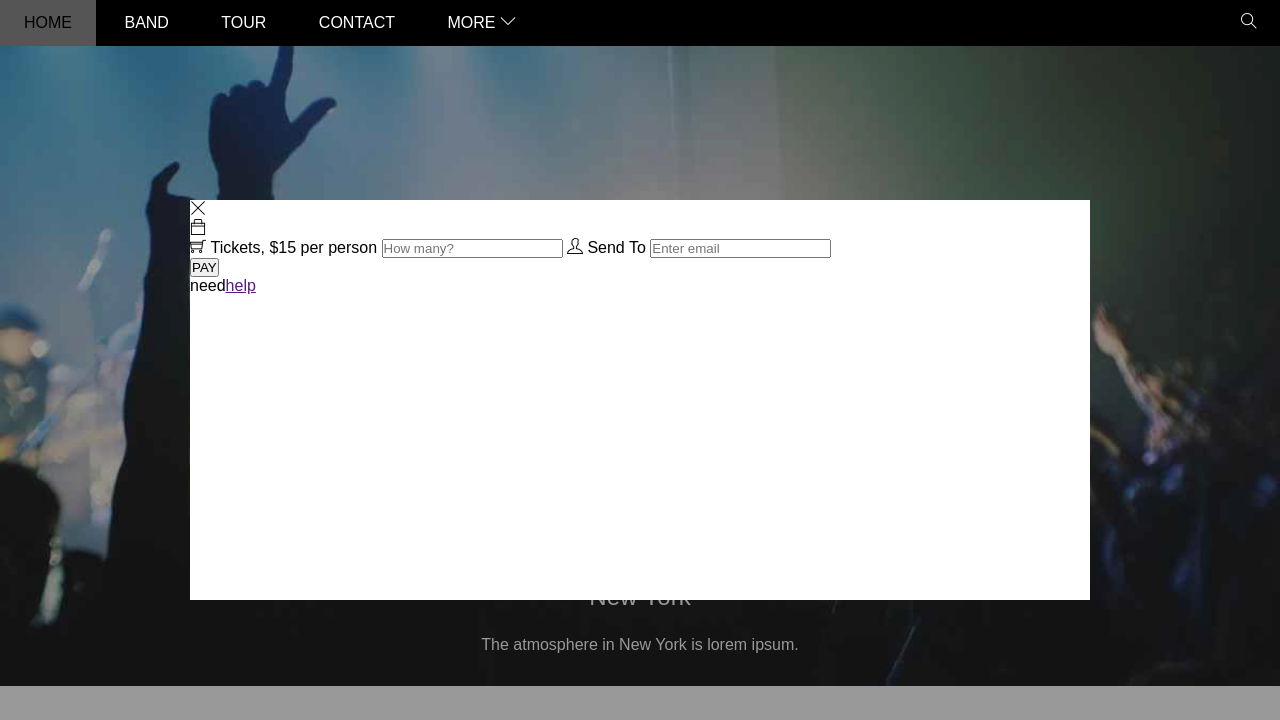
Repository: tung1233hhhhhhhhhhhhh/Website
Page: w3_band/index.html
The author's editor kept a copy of each file at every save. The page is drawn from the files as they stood at one save, then again after the next save.
The browser window is 1280 px wide. The pictures show the window.
A layer covers the whole window, so only the first screen is drawn.

Above is the page before, as saved 2023-02-18 21:14:13.

### w3_band/index.html
<!DOCTYPE html>
<html lang="en">

<head>
    <meta charset="UTF-8">
    <meta http-equiv="X-UA-Compatible" content="IE=edge">
    <meta name="viewport" content="width=device-width, initial-scale=1.0">
    <title>Document</title>
    <link rel="stylesheet" href="./assets/css/style.css">
    <link rel="stylesheet" href="/w3_band/assets/fonts/themify-icons/themify-icons.css">
    <link rel="stylesheet" href="./modal.js">
</head>

<body>
    <div id="main">
        <div id="header">
            <div id="nav">
                <ul>
                    <li><a href="">Home</a></li>
                    <li><a href="">Band</a></li>
                    <li><a href="">Tour</a></li>
                    <li><a href="">Contact</a></li>
                    <li class="icon">
                        <a href="">
                            More
                            <i class="ti-angle-down"></i>
                        </a>
                        <div class="subnav">
                            <ul>
                                <li><a href="">Merchandise</a></li>
                                <li><a href="">Extras</a></li>
                                <li><a href="">Media</a></li>
                            </ul>
                        </div>
                    </li>
                </ul>
                <div class="icon-search">
                    <i class="ti-search"></i>
                </div>
            </div>
        </div>

        <div id="slider">
            <div class="silder-content">
                <h2 class="silder-heading">New York</h2>
                <p class="silder-discreption">The atmosphere in New York is lorem ipsum.</p>
            </div>
        </div>

        <div id="content">
            <!-- about content -->
            <div class="content-selection">
                <h2 class="text-heading">THE BAND</h2>
                <p class="text-sub-heading">We love music</p>
                <p class="text-content">
                    We have created a fictional band website. Lorem ipsum dolor sit amet, consectetur adipiscing elit,
                    sed do eiusmod tempor incididunt ut labore et dolore magna aliqua. Ut enim ad minim veniam, quis
                    nostrud exercitation ullamco laboris nisi ut aliquip ex ea commodo consequat. Duis aute irure dolor
                    in reprehenderit in voluptate velit esse cillum dolore eu fugiat nulla pariatur. Excepteur sint
                    occaecat cupidatat non proident, sunt in culpa qui officia deserunt mollit anim id est laborum
                    consectetur adipiscing elit, sed do eiusmod tempor incididunt ut labore et dolore magna aliqua. Ut
                    enim ad minim veniam, quis nostrud exercitation ullamco laboris nisi ut aliquip ex ea commodo
                    consequat.
                </p>
                <!-- img -->
                <div class="team-selection">
                    <div class="sub-selection">
                        <p class="text-selection">Team</p>
                        <img src="/w3_band/assets/img/name.jpg" alt="" class="img-selection">
                    </div>

                    <div class="sub-selection">
                        <p class="text-selection">Team</p>
                        <img src="/w3_band/assets/img/name.jpg" alt="" class="img-selection">
                    </div>

                    <div class="sub-selection">
                        <p class="text-selection">Team</p>
                        <img src="/w3_band/assets/img/name.jpg" alt="" class="img-selection">
                    </div>
                </div>
            </div>

            <!-- tour content -->

            <div class="content-tour">
                <div class="tour-body">
                    <div class="content-selection">
                        <h2 class="text-heading">TOUR DATES</h2>
                        <p class="text-sub-heading">Remember to book your tickets!</p>
                    </div>

                    <ul class="tour-text">
                        <li>
                            September
                            <span>Sold out</span>
                        </li>
                        <li>
                            October
                            <span>Sold out</span>
                        </li>
                        <li>
                            November
                            <span class="number">3</span>
                        </li>
                    </ul>

                    <div class="tour-list">
                        <div class="tourimg-selection">
                            <img src="/w3_band/assets/img/anh1.jpg" alt="">
                            <div class="container">
                                <p>
                                    <b>New York</b>
                                </p>
                                <p style="opacity: 0.6;">Fri 27 Nov 2016</p>
                                <p>Praesent tincidunt sed tellus ut rutrum sed vitae justo.</p>
                                <button> Buy Tickets</button>
                            </div>


                        </div>
                        <div class="tourimg-selection">
                            <img src="/w3_band/assets/img/anh2.jpg" alt="">
                            <div class="container">
                                <p>
                                    <b>Paris</b>
                                </p>
                                <p style="opacity: 0.6;">Sat 28 Nov 2016</p>
                                <p>Praesent tincidunt sed tellus ut rutrum sed vitae justo.</p>
                                <button> Buy Tickets</button>
                            </div>
                        </div>
                        <div class="tourimg-selection">
                            <img src="/w3_band/assets/img/anh3.jpg" alt="">
                            <div class="container">
                                <p>
                                    <b>San Francisco</b>
                                </p>
                                <p style="opacity: 0.6;">Sun 29 Nov 2016</p>
                                <p>Praesent tincidunt sed tellus ut rutrum sed vitae justo.</p>
                                <button> Buy Tickets</button>
                            </div>
                        </div>
                    </div>
                </div>
            </div>

            <!-- contact content -->

            <div class="contact-content">
                <div class="content-selection">
                    <h2 class="text-heading">CONTACT</h2>
                    <p class="text-sub-heading">Fan? Drop a note!</p>
                    <div class="contact">
                        <div class="contact-left">
                            <i class="ti-location-pin"></i>
                            Chicago, US
                            <br>
                            <i class="ti-mobile"></i>
                            Phone: +00 151515
                            <br>
                            <i class="ti-email"></i>
                            Email: mail@mail.com
                        </div>
                        <div class="contact-right">
                            <form action="">
                                <div class="account">
                                    <input type="text" placeholder="Name">
                                    <input type="text" placeholder="Email">
                                </div>
                                <input class="mes" type="text" placeholder="Message">
                                <button>SEND</button>
                            </form>
                        </div>
                    </div>
                </div>

            </div>

            <!-- image of location/map -->

            <div class="banner-image">
                <img src="/w3_band/assets/img/map.jpg" alt="">

            </div>


        </div>

        <div id="footer">
            <i class="ti-facebook"></i>
            <i class="ti-instagram"></i>
            <i class="ti-vimeo-alt"></i>
            <i class="ti-pinterest"></i>
            <i class="ti-twitter-alt"></i>
            <i class="ti-linkedin"></i>
            <p>Powered by <a href="">w3.css</a></p>
        </div>
    </div>
    <div class="modal">
        <div class="modal-container">
            <div class="modal-close">
                <i class="ti-close"></i>
            </div>
            <header>
                <i class="ti-bag"></i>
            </header>
            <div class="modal-body">
                <label for="" class="modal-lable">
                    <i class="ti-shopping-cart"></i>
                    Tickets, $15 per person
                </label>
                <input type="text" class="input-lable" placeholder="How many?">
                <label for="" class="modal-lable">
                    <i class="ti-user"></i>
                    Send To
                </label>
                <input type="text" class="input-lable" placeholder="Enter email">
            </div>
            <button class="modal-button">PAY</button>
            <p>need<a href="">help</a></p>

        </div>
    </div>


</body>

</html>

### w3_band/assets/css/style.css
* {
    padding: 0;
    margin: 0;
    box-sizing: border-box;
}

html {
    font-family: Arial, Helvetica, sans-serif;
}

#main {}

#header {
    height: 46px;
    background-color: #000;
    position: fixed;
    top: 0;
    right: 0;
    left: 0;
    z-index: 1;
}

#nav li {
    display: inline-block;
    position: relative;
}

#nav li:hover .subnav {
    display: block;
}

#nav>ul>li:hover>a>i,
#nav .subnav li:hover,
#nav>ul>li:hover>a {
    color: #000;
    background-color: #555;
}

#nav .subnav {
    display: none;
    position: absolute;
    background-color: #FFF;
    box-shadow: 0 0 20px rgba(0, 0, 0, 0.4);
}

#nav .subnav a {
    color: #000;
    padding: 0 12px;
    line-height: 38px;
}

#nav .subnav ul li {
    display: block;
    min-width: 150px;
}

#nav>ul>li>a {
    color: #fff;
    text-transform: uppercase;
}

#nav ul {
    display: inline-block;
}

#nav li a {
    text-decoration: none;
    line-height: 46px;
    padding: 0 24px;
    display: block;
}

#nav i {
    color: #fff;
    width: 20px;
}

#header .icon-search {
    display: block;
    float: right;
    line-height: 46px;
    padding: 0 23px;
}

#header .icon-search:hover {
    cursor: pointer;
    background-color: #f44336;
}

#slider {
    margin-top: 46px;
    padding-top: 50%;
    background: url(/w3_band/assets/img/ny.jpg) top center / cover no-repeat;
    position: relative;
}

.silder-content {
    position: absolute;
    bottom: 0;
    color: #fff;
    padding-bottom: 32px;
    text-align: center;
    width: 100%;
}

.silder-heading {
    font-weight: 500;
}

.silder-discreption {
    margin-top: 25px;
}

#content {}

#content .content-selection {
    padding: 64px 0px;
    margin-left: auto;
    margin-right: auto;
    width: 800px;
}

#content .content-selection .text-heading {
    text-align: center;
    font-size: 30px;
    font-weight: 500;
    letter-spacing: 4px;
}

#content .content-selection .text-sub-heading {
    text-align: center;
    font-size: 15px;
    margin-top: 25px;
    opacity: 0.6;
    font-style: italic;
}

#content .content-selection .text-content {
    font-size: 15px;
    margin-top: 25px;
    text-align: justify;
    line-height: 1.4;
}

#content .content-selection .team-selection {
    padding-top: 47px;
    padding-bottom: 32px;
    justify-items: space-between;
}

#content .team-selection .sub-selection {
    display: inline-block;
    text-align: center;
}

#content .sub-selection p {
    margin: 15px 0;
}



#content .team-selection .img-selection {
    width: 60%;
    border-radius: 4px;
    margin-bottom: 16px;
}

/* tour content  */


#content .content-tour {
    height: 850px;
    background-color: #000;
    color: #fff;
}

#content .content-tour .tour-body {
    width: 800px;
    margin-left: auto;
    margin-right: auto;
}

#content .content-tour .tour-text {
    background-color: #FFF;
    display: block;
    color: #000;
}

#content .tour-text>li {
    height: 22, 5px;
    padding: 8px 16px;
    list-style: none;
}

#content .tour-text>li:first-child {
    border-bottom: 1px solid #999;
}

#content .tour-text>li:last-child {
    border-top: 1px solid #999;
}

#content .tour-text span {
    /* border-radius: 4px; */
    display: inline-block;
    background-color: red;
    padding: 4px;
    margin-left: 4px;
    color: #fff;
}

#content .tour-text .number {
    /* margin-left: 50px; */
    background-color: black;
    float: right;
    border-radius: 50%;
    margin-top: -3px;
}

#content .tour-list {
    padding: 32px 0;
    right: 0;
    left: 0;
    margin: 0 -8px;
    position: relative;
}

#content .tourimg-selection {
    width: 33.33333%;
    float: left;
    padding: 0 8px;
    justify-content: space-between;
}

#content .tourimg-selection .container {
    /* text-align: center; */
    background-color: #fff;
    color: #000;
    height: 204px;
    padding-left: 16px;
    font-size: 15px;
    line-height: 1.5;
    margin-top: -4px;
    margin-bottom: 15px;
}



#content .tourimg-selection .container>p {
    padding-top: 15px;
}

#content .tourimg-selection .container button {
    color: #fff;
    background-color: #000;
    margin-top: 15px;
    text-align: center;
    cursor: pointer;
    white-space: nowrap;
    border: none;
    display: inline-block;
    padding: 8px 16px;
    vertical-align: middle;
    overflow: hidden;
    text-decoration: none;
}

#content .container button:hover {
    background-color: #ccc;
    color: #000;
}

#content .tourimg-selection img {
    width: 100%;
    background-image: cover;
}

/* contact content */


#content .contact-content {
    padding: 45px 0;
}

#content .contact {
    padding-top: 47px;
    padding-bottom: 32px;
}

#content .contact .contact-left {
    width: 49%;
    display: inline-block;
    font-size: 18px;
}

#content .contact .contact-left i {
    display: inline-block;
    font-size: inherit;
    width: 30px;
    line-height: 1.5;
}

#content .contact .contact-right {
    width: 49%;
    /* display: inline-block; */
    float: right;
}


.contact .contact-right form {
    width: 400px;
    position: relative;
    display: inline-block
}

.contact .contact-right form .account {
    margin-bottom: 10px;
}

.contact .contact-right .account input {
    padding: 8px;
    margin-right: 16px;
}

.contact .contact-right form .mes {
    width: 95.7%;
    padding: 8px;
}

.contact .contact-right form button {
    /* position: absolute; */
    margin: 16px 0;
    padding: 8px 16px;
    margin-left: 309px;
    background-color: black;
    color: #fff;
}

.contact .contact-right form button:hover {
    cursor: pointer;
    background-color: #ccc;
    color: black;
    border: none;
}

/* image of location/map */

.banner-image img {
    width: 100%;
    filter: grayscale(50%);
}

#content {}


#footer {
    padding: 64px 16px;
    text-align: center;
    justify-content: center;
    opacity: 0.6;
}

#footer p {
    margin: 30px 0;
    display: block;
    font-size: 15px;
}

#footer i {
    font-size: 25px;

    display: inline-block;
    text-rendering: auto;
}


.modal {
    position: fixed;
    top: 0;
    left: 0;
    right: 0;
    bottom: 0;

    background-color: rgba(0, 0, 0, 0.4);
}

.modal .modal-container {
    width: 900px;
    height: 400px;
    background-color: #FFF;
    margin: 0 auto;
    transform: translateY(50%);
}

Loaded but not shown: w3_band/assets/fonts/themify-icons/themify-icons.css (common file); w3_band/modal.js (no stored copy; drawn as an empty file)

After the next save:
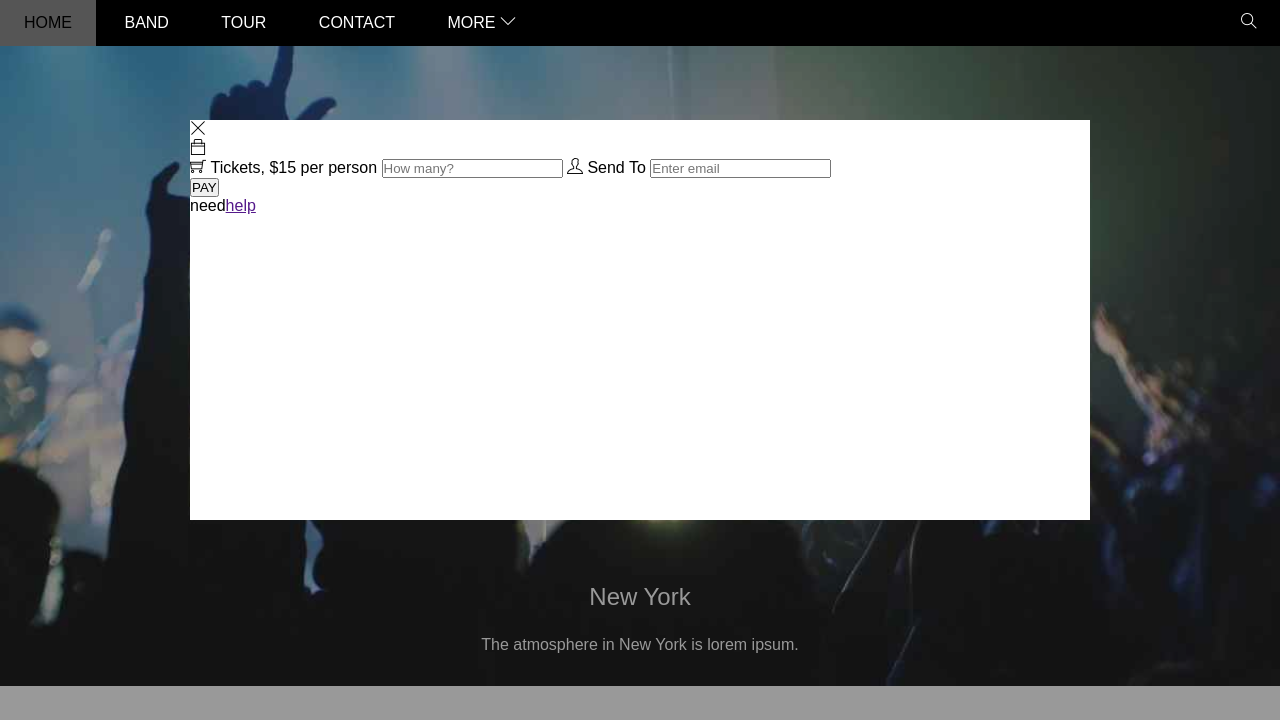
Saved 36 s later.
--- a/w3_band/assets/css/style.css
+++ b/w3_band/assets/css/style.css
@@ -389,5 +389,5 @@
     height: 400px;
     background-color: #FFF;
     margin: 0 auto;
-    transform: translateY(50%);
-}
+    transform: translateY(30%);
+}
